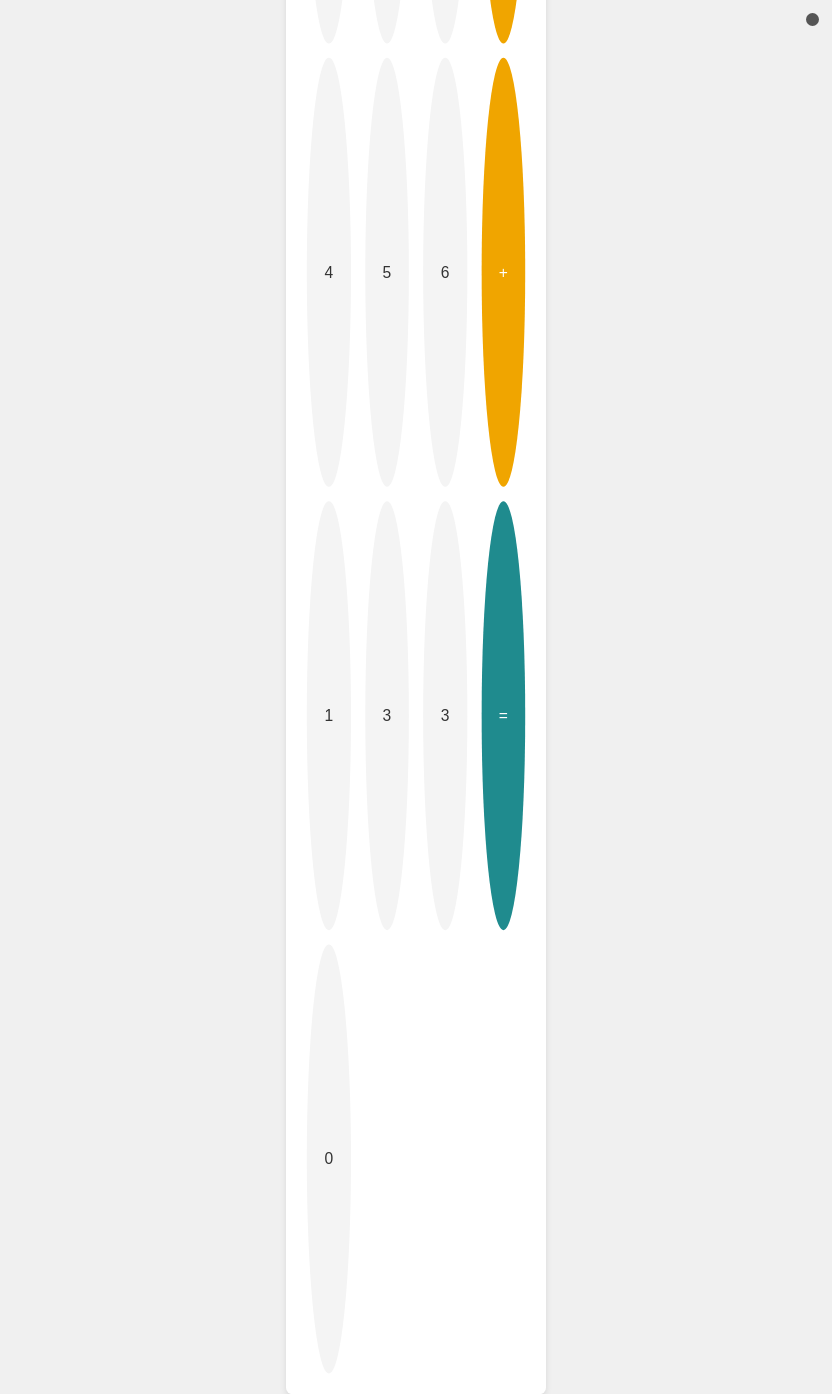
Repository: akhiranandan-04/Calculator
Page: index.html
The author's editor kept a copy of each file at every save. The page is drawn from the files as they stood at one save, then again after the next save.
The browser window is 1280 px wide. The pictures show the whole page, at 65% of full size.

Above is the page before, as saved 2024-10-09 17:20:12.

After the next save:
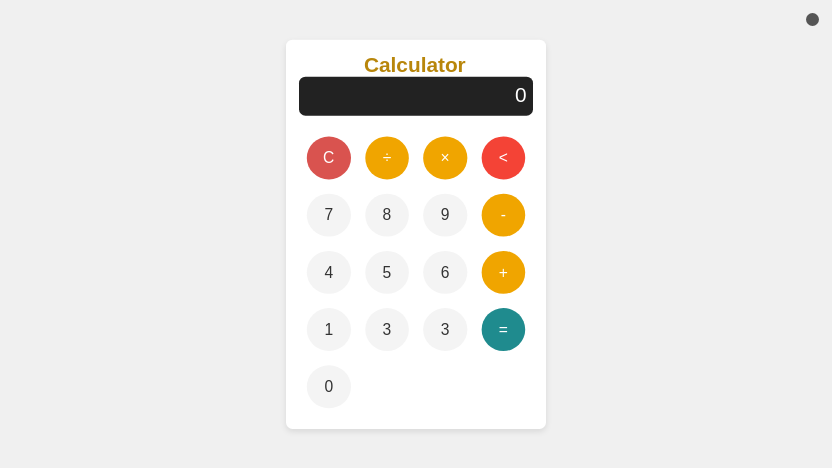
Saved 4 s later.
--- a/style.css
+++ b/style.css
@@ -63,7 +63,7 @@ td {
 
 button {
     width: 100%;
-    height: 660px;
+    height: 66px;
     font-size: 1.5em;
     border: none;
     outline: none;
